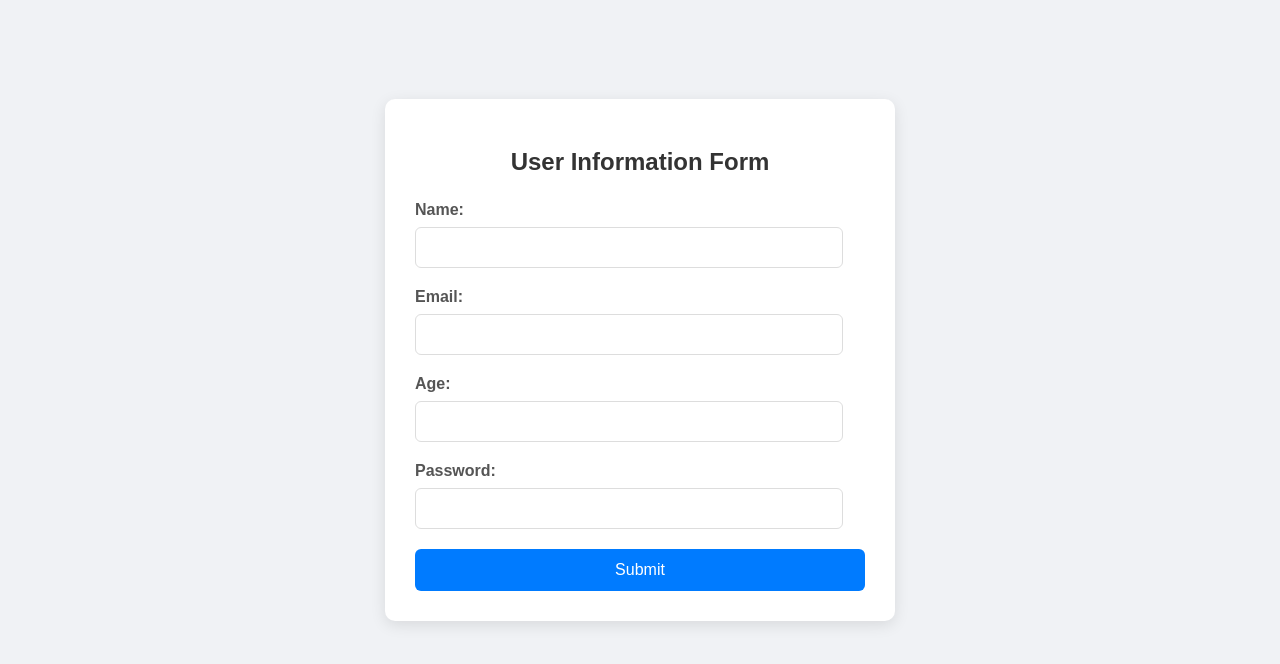
Repository: apprameyu0903/Saasant-Apprameyu
Page: eclipse-workspace/SampleWebApp/WebContent/index.html
An editor plug-in stored every save of this project. The page is shown before and after the next save, followed by the edit.
The browser window is 1280 px wide. The pictures show the whole page.

Above is the page before, as saved 2025-05-12 19:16:40.

### eclipse-workspace/SampleWebApp/WebContent/index.html
<!DOCTYPE html>
<html lang="en">
<head>
    <meta charset="UTF-8">
    <meta name="viewport" content="width=device-width, initial-scale=1.0">
    <title>Input Form</title>
    <style>
        body {
            font-family: Arial, sans-serif;
            display: flex;
            justify-content: center;
            align-items: center;
            min-height: 100vh;
            background-color: #f0f2f5;
            margin: 0;
            padding: 20px;
            box-sizing: border-box;
        }
        .container {
            background-color: #fff;
            padding: 30px;
            border-radius: 10px;
            box-shadow: 0 4px 15px rgba(0, 0, 0, 0.1);
            width: 100%;
            max-width: 450px;
        }
        h2 {
            color: #333;
            text-align: center;
            margin-bottom: 25px;
        }
        .form-group {
            margin-bottom: 20px;
        }
        label {
            display: block;
            margin-bottom: 8px;
            color: #555;
            font-weight: bold;
        }
        input[type="text"],
        input[type="email"],
        input[type="number"],
        input[type="password"] { /* Added password type */
            width: calc(100% - 22px); /* Account for padding and border */
            padding: 12px;
            border: 1px solid #ddd;
            border-radius: 6px;
            box-sizing: border-box;
            transition: border-color 0.3s;
        }
        input[type="text"]:focus,
        input[type="email"]:focus,
        input[type="number"]:focus,
        input[type="password"]:focus { /* Added password type */
            border-color: #007bff;
            outline: none;
        }
        .error-message {
            color: #dc3545;
            font-size: 0.9em;
            margin-top: 5px;
            display: none; /* Hidden by default */
        }
        button[type="submit"] {
            background-color: #007bff;
            color: white;
            padding: 12px 20px;
            border: none;
            border-radius: 6px;
            cursor: pointer;
            font-size: 1em;
            width: 100%;
            transition: background-color 0.3s;
        }
        button[type="submit"]:hover {
            background-color: #0056b3;
        }
    </style>
    <script>
        // Simple form validation function
        function validateForm() {
            // Get form inputs
            let name = document.getElementById('name').value;
            let email = document.getElementById('email').value;
            let age = document.getElementById('age').value;
            let password = document.getElementById('password').value; // Get password value

            // Get error message elements
            let nameError = document.getElementById('nameError');
            let emailError = document.getElementById('emailError');
            let ageError = document.getElementById('ageError');
            let passwordError = document.getElementById('passwordError'); // Get password error element

            // Reset error messages
            nameError.style.display = 'none';
            emailError.style.display = 'none';
            ageError.style.display = 'none';
            passwordError.style.display = 'none'; // Reset password error message

            let isValid = true;
            const MIN_PASSWORD_LENGTH = 6; // Define minimum password length

            // Validate Name: Check if it's empty
            if (name.trim() === "") {
                nameError.textContent = "Name cannot be empty.";
                nameError.style.display = 'block';
                isValid = false;
            }

            // Validate Email: Check if it's empty
            if (email.trim() === "") {
                emailError.textContent = "Email cannot be empty.";
                emailError.style.display = 'block';
                isValid = false;
            } else {
                // Basic email format check (very simple)
                if (!email.includes('@') || !email.includes('.')) {
                    emailError.textContent = "Please enter a valid email address.";
                    emailError.style.display = 'block';
                    isValid = false;
                }
            }

            // Validate Age: Check if it's empty and a number
            if (age.trim() === "") {
                ageError.textContent = "Age cannot be empty.";
                ageError.style.display = 'block';
                isValid = false;
            } else if (isNaN(age) || parseInt(age) <= 0) {
                ageError.textContent = "Please enter a valid age.";
                ageError.style.display = 'block';
                isValid = false;
            }

            // Validate Password: Check if it's empty and meets length requirement
            if (password.trim() === "") {
                passwordError.textContent = "Password cannot be empty.";
                passwordError.style.display = 'block';
                isValid = false;
            } else if (password.length < MIN_PASSWORD_LENGTH) {
                passwordError.textContent = "Password must be at least " + MIN_PASSWORD_LENGTH + " characters long.";
                passwordError.style.display = 'block';
                isValid = false;
            }

            return isValid; // If true, form submits; if false, submission is blocked
        }
    </script>
</head>
<body>
    <div class="container">
        <h2>User Information Form</h2>
        <form action="DataServlet" method="post" onsubmit="return validateForm()">
            <div class="form-group">
                <label for="name">Name:</label>
                <input type="text" id="name" name="userName">
                <div class="error-message" id="nameError"></div>
            </div>

            <div class="form-group">
                <label for="email">Email:</label>
                <input type="email" id="email" name="userEmail">
                <div class="error-message" id="emailError"></div>
            </div>

            <div class="form-group">
                <label for="age">Age:</label>
                <input type="number" id="age" name="userAge">
                <div class="error-message" id="ageError"></div>
            </div>

            <div class="form-group">
                <label for="password">Password:</label>
                <input type="password" id="password" name="userPassword">
                <div class="error-message" id="passwordError"></div>
            </div>

            <button type="submit">Submit</button>
        </form>
    </div>
</body>
</html>

After the next save:
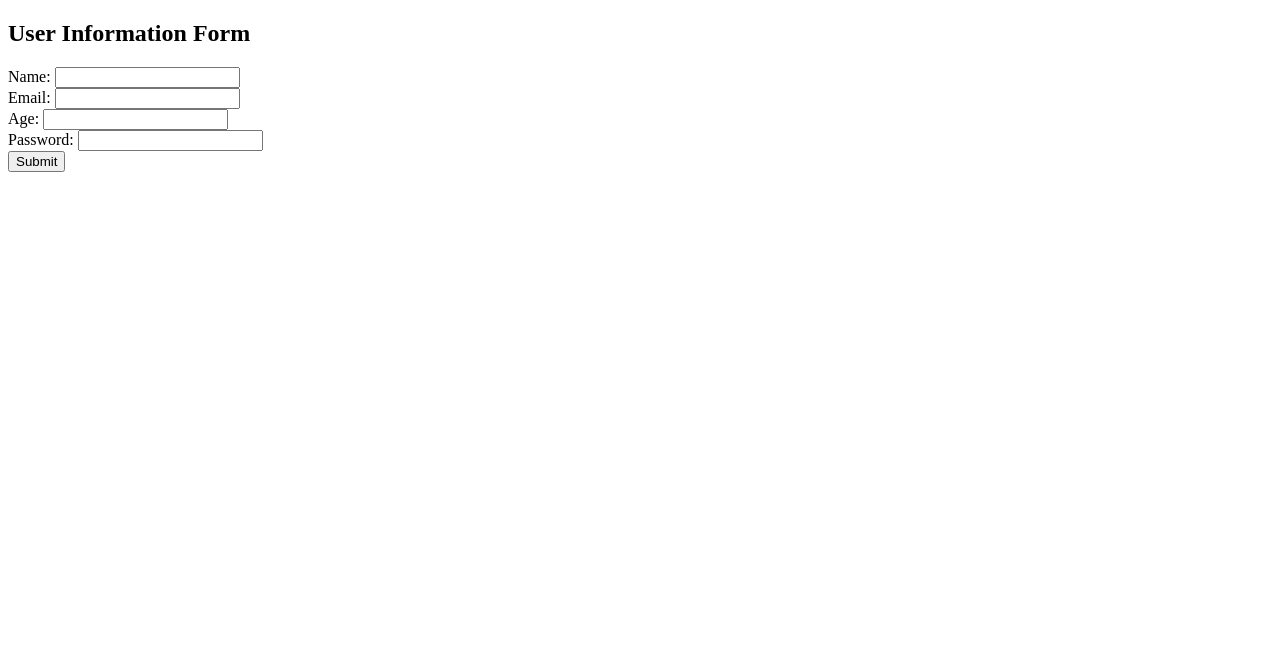
Saved 21 s later.
--- a/eclipse-workspace/SampleWebApp/WebContent/index.html
+++ b/eclipse-workspace/SampleWebApp/WebContent/index.html
@@ -4,79 +4,6 @@
     <meta charset="UTF-8">
     <meta name="viewport" content="width=device-width, initial-scale=1.0">
     <title>Input Form</title>
-    <style>
-        body {
-            font-family: Arial, sans-serif;
-            display: flex;
-            justify-content: center;
-            align-items: center;
-            min-height: 100vh;
-            background-color: #f0f2f5;
-            margin: 0;
-            padding: 20px;
-            box-sizing: border-box;
-        }
-        .container {
-            background-color: #fff;
-            padding: 30px;
-            border-radius: 10px;
-            box-shadow: 0 4px 15px rgba(0, 0, 0, 0.1);
-            width: 100%;
-            max-width: 450px;
-        }
-        h2 {
-            color: #333;
-            text-align: center;
-            margin-bottom: 25px;
-        }
-        .form-group {
-            margin-bottom: 20px;
-        }
-        label {
-            display: block;
-            margin-bottom: 8px;
-            color: #555;
-            font-weight: bold;
-        }
-        input[type="text"],
-        input[type="email"],
-        input[type="number"],
-        input[type="password"] { /* Added password type */
-            width: calc(100% - 22px); /* Account for padding and border */
-            padding: 12px;
-            border: 1px solid #ddd;
-            border-radius: 6px;
-            box-sizing: border-box;
-            transition: border-color 0.3s;
-        }
-        input[type="text"]:focus,
-        input[type="email"]:focus,
-        input[type="number"]:focus,
-        input[type="password"]:focus { /* Added password type */
-            border-color: #007bff;
-            outline: none;
-        }
-        .error-message {
-            color: #dc3545;
-            font-size: 0.9em;
-            margin-top: 5px;
-            display: none; /* Hidden by default */
-        }
-        button[type="submit"] {
-            background-color: #007bff;
-            color: white;
-            padding: 12px 20px;
-            border: none;
-            border-radius: 6px;
-            cursor: pointer;
-            font-size: 1em;
-            width: 100%;
-            transition: background-color 0.3s;
-        }
-        button[type="submit"]:hover {
-            background-color: #0056b3;
-        }
-    </style>
     <script>
         // Simple form validation function
         function validateForm() {
@@ -84,22 +11,26 @@
             let name = document.getElementById('name').value;
             let email = document.getElementById('email').value;
             let age = document.getElementById('age').value;
-            let password = document.getElementById('password').value; // Get password value
+            let password = document.getElementById('password').value;
 
             // Get error message elements
             let nameError = document.getElementById('nameError');
             let emailError = document.getElementById('emailError');
             let ageError = document.getElementById('ageError');
-            let passwordError = document.getElementById('passwordError'); // Get password error element
+            let passwordError = document.getElementById('passwordError');
 
             // Reset error messages
             nameError.style.display = 'none';
+            nameError.innerHTML = ''; // Clear previous messages
             emailError.style.display = 'none';
+            emailError.innerHTML = '';
             ageError.style.display = 'none';
-            passwordError.style.display = 'none'; // Reset password error message
+            ageError.innerHTML = '';
+            passwordError.style.display = 'none';
+            passwordError.innerHTML = ''; // Clear previous password errors
 
             let isValid = true;
-            const MIN_PASSWORD_LENGTH = 6; // Define minimum password length
+            const MIN_PASSWORD_LENGTH = 6;
 
             // Validate Name: Check if it's empty
             if (name.trim() === "") {
@@ -133,15 +64,42 @@
                 isValid = false;
             }
 
-            // Validate Password: Check if it's empty and meets length requirement
+            // Validate Password
+            let passwordValidationMessages = [];
             if (password.trim() === "") {
-                passwordError.textContent = "Password cannot be empty.";
+                passwordValidationMessages.push("Password cannot be empty.");
+                isValid = false;
+            } else {
+                if (password.length < MIN_PASSWORD_LENGTH) {
+                    passwordValidationMessages.push("Must be at least " + MIN_PASSWORD_LENGTH + " characters long.");
+                    isValid = false;
+                }
+                // Check for at least one lowercase letter
+                if (!/[a-z]/.test(password)) {
+                    passwordValidationMessages.push("Must contain at least one lowercase letter (a-z).");
+                    isValid = false;
+                }
+                // Check for at least one uppercase letter
+                if (!/[A-Z]/.test(password)) {
+                    passwordValidationMessages.push("Must contain at least one uppercase letter (A-Z).");
+                    isValid = false;
+                }
+                // Check for at least one digit
+                if (!/\d/.test(password)) { // or !/[0-9]/.test(password)
+                    passwordValidationMessages.push("Must contain at least one digit (0-9).");
+                    isValid = false;
+                }
+                // Check for at least one special character
+                // You can customize the set of special characters
+                if (!/[!@#$%^&*()_+\-=\[\]{};':"\\|,.<>\/?]+/.test(password)) {
+                    passwordValidationMessages.push("Must contain at least one special character (e.g., !@#$%^&*).");
+                    isValid = false;
+                }
+            }
+
+            if (passwordValidationMessages.length > 0) {
+                passwordError.innerHTML = passwordValidationMessages.join("<br>"); // Display all messages
                 passwordError.style.display = 'block';
-                isValid = false;
-            } else if (password.length < MIN_PASSWORD_LENGTH) {
-                passwordError.textContent = "Password must be at least " + MIN_PASSWORD_LENGTH + " characters long.";
-                passwordError.style.display = 'block';
-                isValid = false;
             }
 
             return isValid; // If true, form submits; if false, submission is blocked
